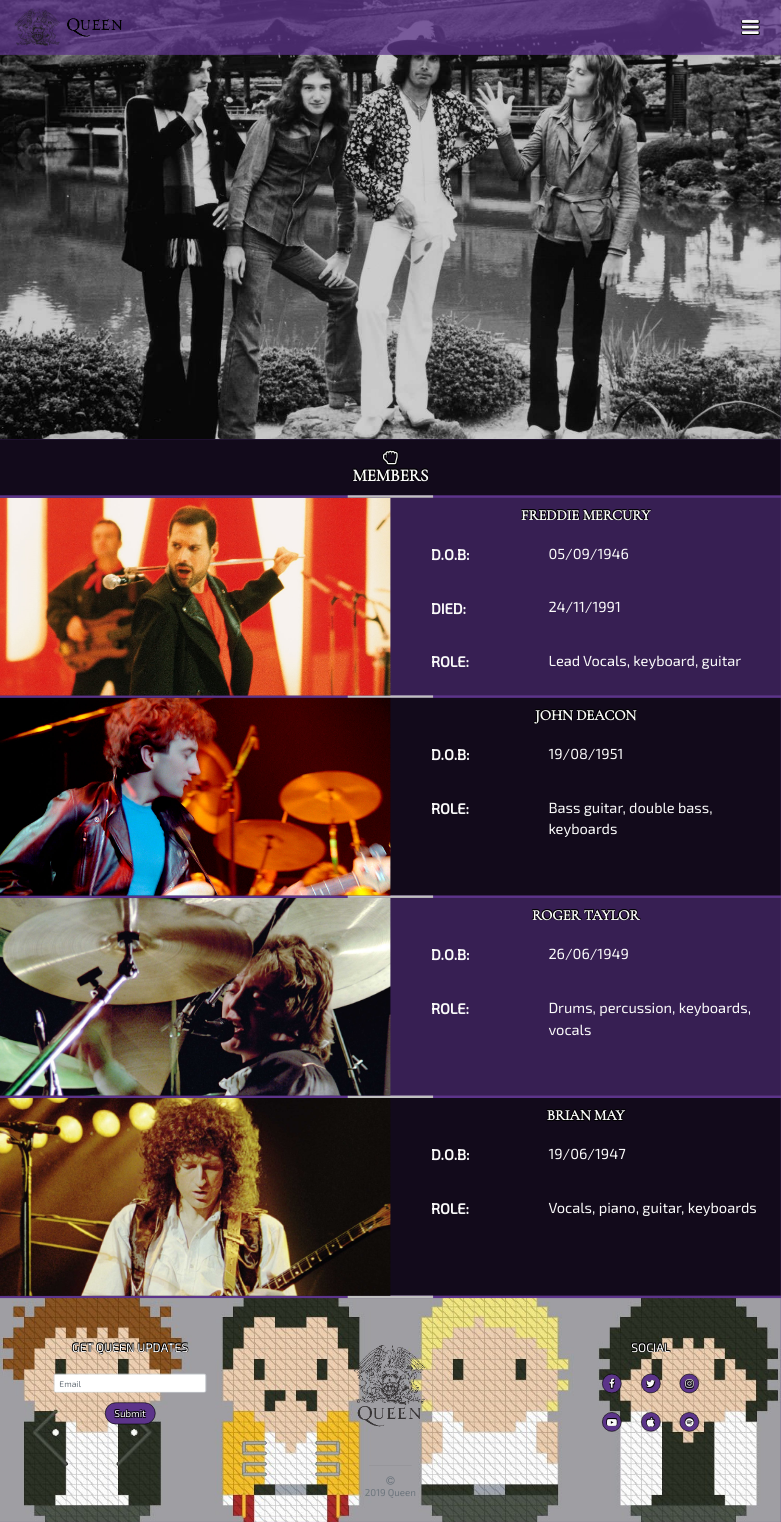
Repository: Olan1/Queen---The-Unofficial-Site
Page: members.html
The author's editor kept a record of every edit. The page is drawn from the files as they stood at one moment, then again after the next edit.
The browser window is 1280 px wide. The pictures show the whole page, at 61% of full size.

Above is the page before.

After the next edit:
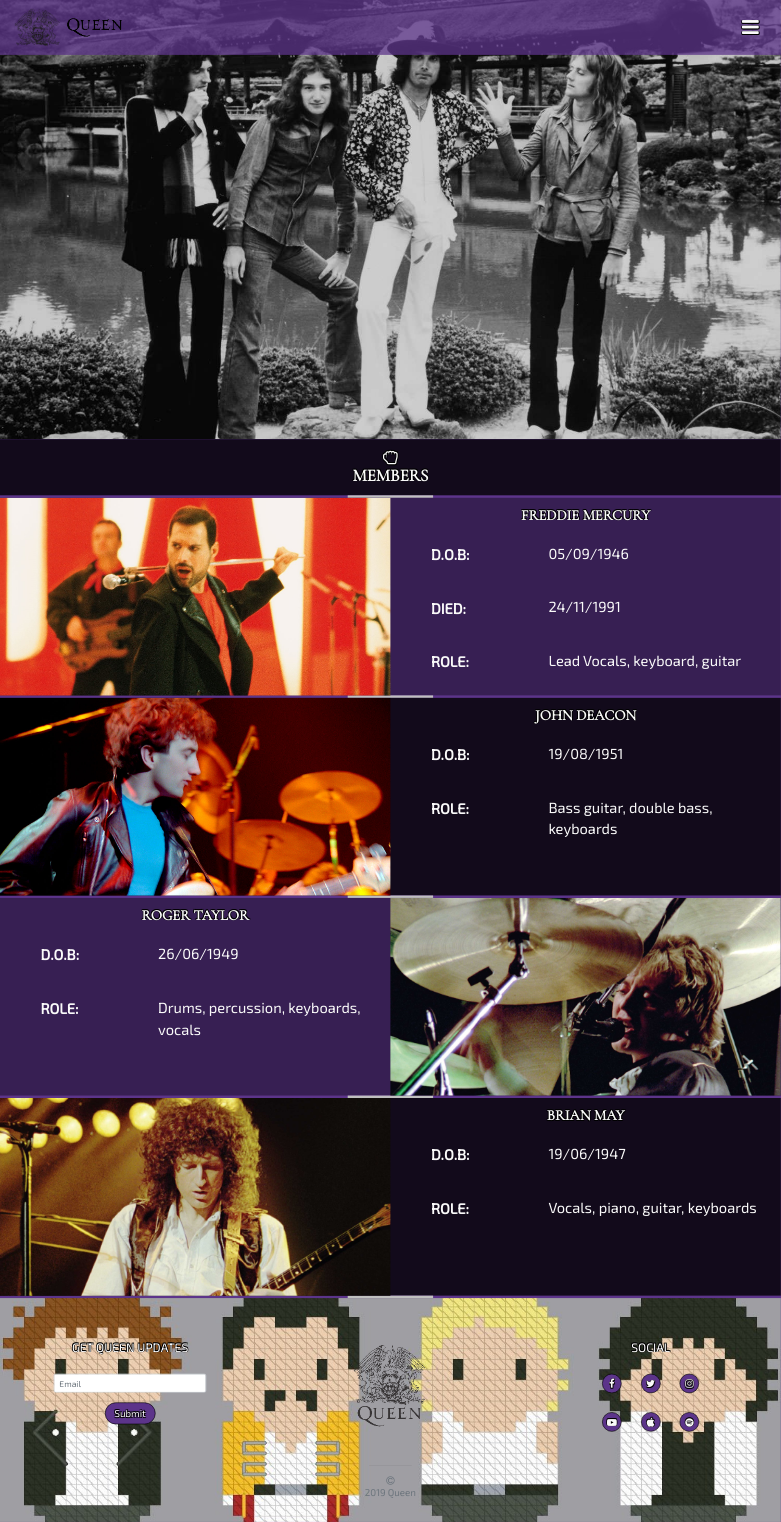
The edit:
--- a/members.html
+++ b/members.html
@@ -147,7 +147,7 @@
         <!--Roger Taylor-->
         <div class="bg-fade-light">
             <div class="row no-gutters info-container">
-                <div class="col-lg-6">
+                <div class="col-lg-6 order-lg-2">
                     <img class="img-fluid" src="assets/images/members/roger-taylor.png" alt="Roger Taylor">
                 </div>
                 <!--Source: Code Institutes front end resume project-->
